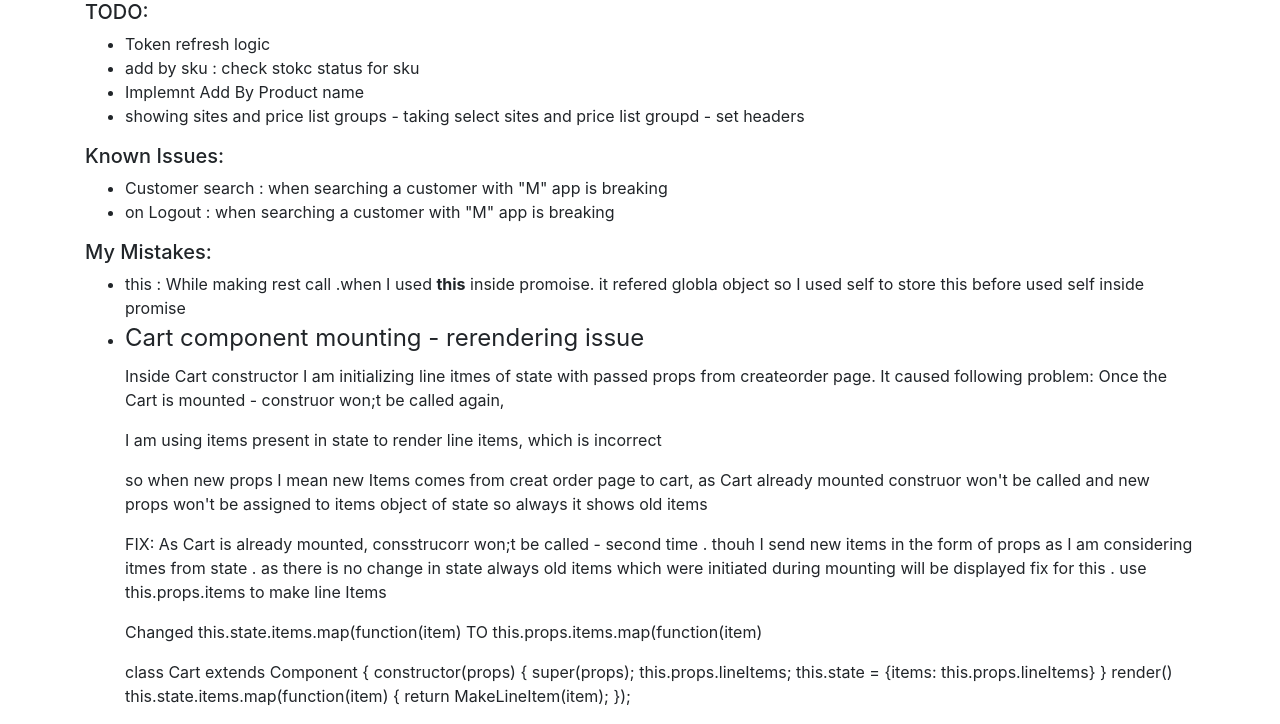
Repository: testtiger/reactagent
Page: /todo
These files come from the project's save history. The page is drawn as it stood at one moment and after the next save; the edit follows.
The browser window is 1280 px wide. The pictures show the whole page.
The project was rebuilt for these pictures with package versions that can differ from the ones it lists, and the page was loaded fresh each time. Also part of the build but not shown: src/components/Agent/Rest/agent-rest-client.js, src/components/Agent/Dashboard/quicklinks.jsx, src/components/Agent/Dashboard/announcements.jsx, src/components/Agent/Dashboard/recentorders.jsx, src/components/Agent/Dashboard/pendingactions.jsx, src/components/Agent/Dashboard/DashboardPage.jsx, src/components/Agent/Shared/Navigation.jsx, src/components/Agent/Login/loginpage.jsx and 12 more.

Above is the page before, as saved 2018-12-15 16:53:09.

After the next save:
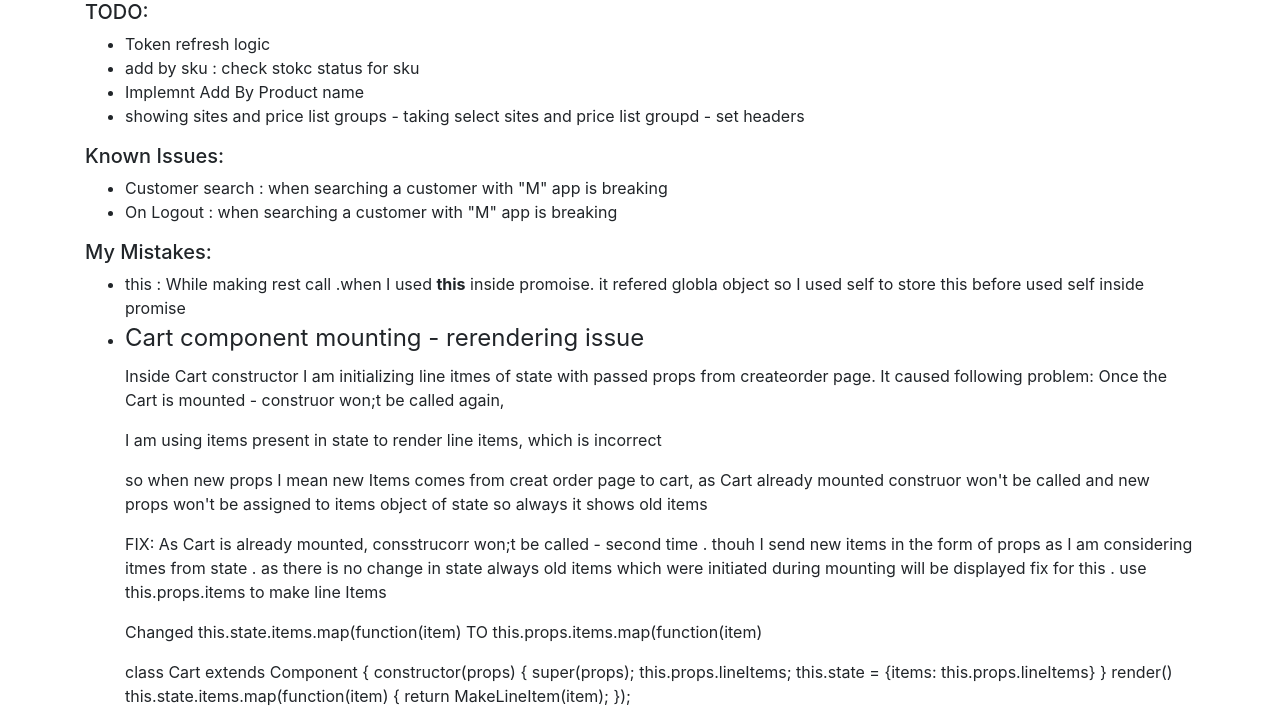
Saved 4 s later.
--- a/src/components/Agent/BugsTODO/TODO.jsx
+++ b/src/components/Agent/BugsTODO/TODO.jsx
@@ -21,7 +21,7 @@ export default class TODO extends Component {
             Customer search : when searching a customer with "M" app is breaking
           </li>
           <li>
-            on Logout : when searching a customer with "M" app is breaking
+            On Logout : when searching a customer with "M" app is breaking
           </li>
         </ul>
         <h5>My Mistakes:</h5>
